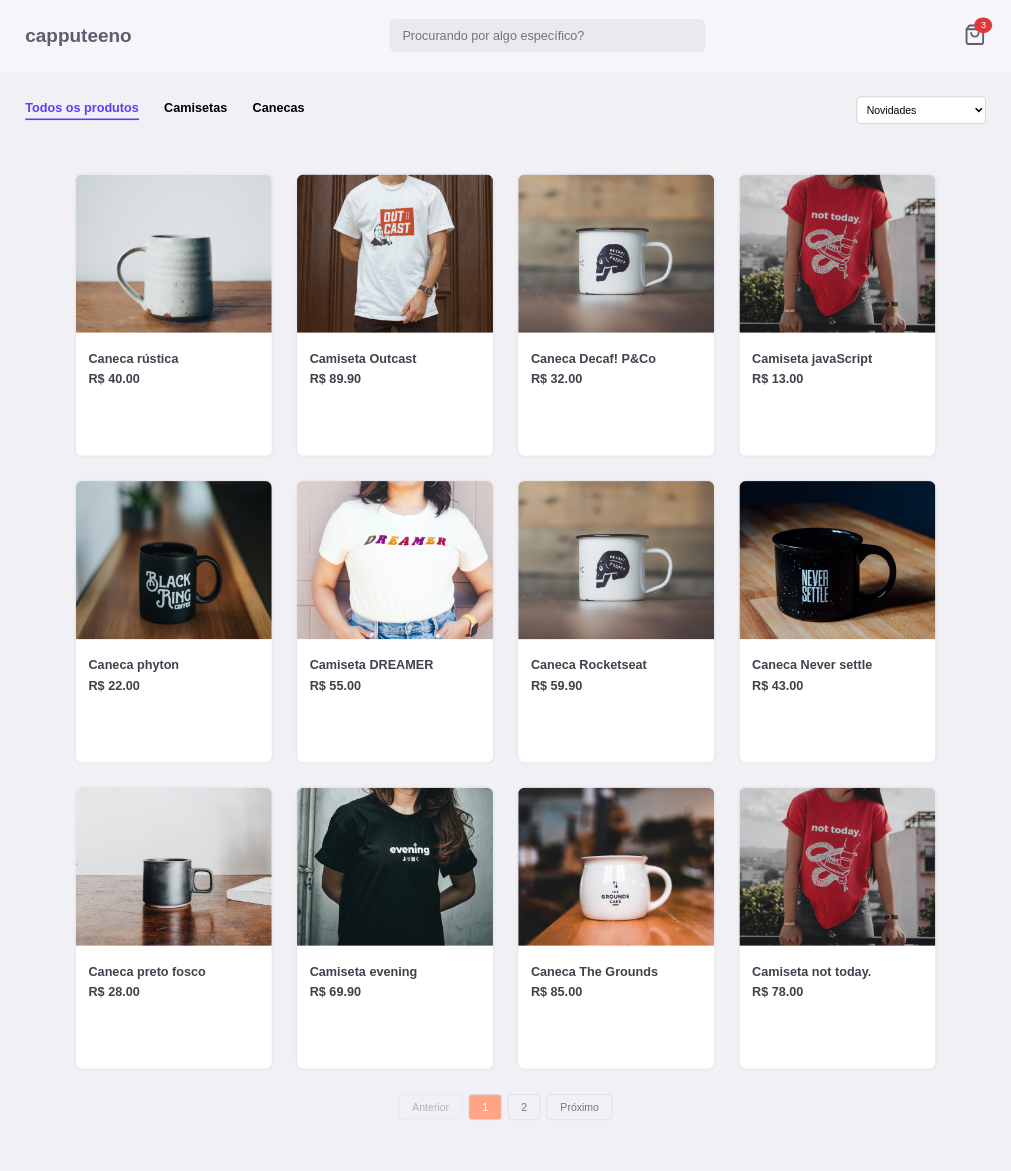
Repository: Biel-barbosa/capputeenoecomerce
Page: /
An editor plug-in stored every save of this project. The page is shown before and after the next save, followed by the edit.
The browser window is 1280 px wide. The pictures show the whole page, at 79% of full size.
The project was rebuilt for these pictures with package versions that can differ from the ones it lists, and the page was loaded fresh each time. The framework's server and built-in components were replaced by stand-ins that run in the browser. Also part of the build but not shown: next.config.ts.

Above is the page before, as saved 2025-04-23 12:05:46.

### src/app/page.tsx
'use client'
import { useState, useMemo } from 'react'
import styled from 'styled-components'
import Header from '../components/Header'
import { products as allProducts } from '../data/products'
import ProductsList from '@/components/ProductsList'

const Container = styled.main`
  padding: 2rem;
  background-color: #f0f0f5;
`

const FiltersWrapper = styled.div`
  display: flex;
  justify-content: space-between;
  align-items: center;
  flex-wrap: wrap;
  margin-bottom: 2rem;
`

const Categories = styled.div`
  display: flex;
  gap: 2rem;

  button {
    background: none;
    border: none;
    font-weight: 600;
    font-size: 1rem;
    cursor: pointer;
    border-bottom: 2px solid transparent;
    padding-bottom: 4px;
    transition: 0.2s;

    &.active {
      color: #5a3eff;
      border-color: #5a3eff;
    }
  }
`

const SortSelect = styled.select`
  background: #fff;
  padding: 0.5rem;
  border-radius: 6px;
  border: 1px solid #ccc;
`

const HomePage = () => {
  const [category, setCategory] = useState('all')
  const [searchTerm, setSearchTerm] = useState('')
  const [sortOption, setSortOption] = useState('newest')
  const [currentPage, setCurrentPage] = useState(1)

  const itemsPerPage = 12

  const filteredProducts = useMemo(() => {
    let products = allProducts.filter((product) => {
      const matchesCategory = category === 'all' || product.category === category
      const matchesSearch = product.title.toLowerCase().includes(searchTerm.toLowerCase())
      return matchesCategory && matchesSearch
    })

    if (sortOption === 'price-asc') {
      products = products.sort((a, b) => a.price - b.price)
    } else if (sortOption === 'price-desc') {
      products = products.sort((a, b) => b.price - a.price)
    } else if (sortOption === 'bestsellers') {
      products = products.sort((a, b) => b.sales - a.sales)
    } else {
      products = products.sort((a, b) => new Date(b.createdAt).getTime() - new Date(a.createdAt).getTime())
    }

    return products
  }, [category, searchTerm, sortOption])

  const totalPages = Math.ceil(filteredProducts.length / itemsPerPage)
  const paginatedProducts = filteredProducts.slice(
    (currentPage - 1) * itemsPerPage,
    currentPage * itemsPerPage
  )

  return (
    <>
      <Header onSearch={setSearchTerm} />
      <Container>
        <FiltersWrapper>
          <Categories>
            {['all', 't-shirts', 'mugs'].map((cat) => (
              <button
                key={cat}
                className={category === cat ? 'active' : ''}
                onClick={() => {
                  setCategory(cat)
                  setCurrentPage(1) // resetar página ao trocar filtro
                }}
              >
                {cat === 'all' ? 'Todos os produtos' : cat === 't-shirts' ? 'Camisetas' : 'Canecas'}
              </button>
            ))}
          </Categories>

          <SortSelect
            value={sortOption}
            onChange={(e) => {
              setSortOption(e.target.value)
              setCurrentPage(1) // resetar página ao mudar ordenação
            }}
          >
            <option value="newest">Novidades</option>
            <option value="price-desc">Preço: Maior - menor</option>
            <option value="price-asc">Preço: Menor - maior</option>
            <option value="bestsellers">Mais vendidos</option>
          </SortSelect>
        </FiltersWrapper>

        <ProductsList
          products={paginatedProducts}
          currentPage={currentPage}
          totalPages={totalPages}
          onPageChange={setCurrentPage}
        />
      </Container>
    </>
  )
}

export default HomePage

### src/components/Header.tsx
'use client';
import styled from 'styled-components';
import { FiShoppingBag } from 'react-icons/fi';

type HeaderProps = {
  onSearch?: (value: string) => void;
};

const HeaderContainer = styled.header`
  width: 100%;
  padding: 1.5rem 2rem;
  display: flex;
  align-items: center;
  justify-content: space-between;
  background-color: #f5f5fa;
  flex-wrap: wrap;
  gap: 1rem;
`;

const Logo = styled.h1`
  font-size: 1.5rem;
  font-weight: 600;
  color: #5d5d6d;
`;

const SearchInput = styled.input`
  flex: 1;
  max-width: 400px;
  margin: 0 2rem;
  padding: 0.75rem 1rem;
  border: none;
  border-radius: 8px;
  background: #e9e9f0;
  font-size: 1rem;
  color: #737380;

  &:focus {
    outline: 2px solid #115d8c;
  }

  @media (max-width: 768px) {
    margin: 0;
    width: 100%;
    order: 3;
  }
`;

const CartButton = styled.button`
  position: relative;
  background: none;
  border: none;
  cursor: pointer;

  svg {
    font-size: 1.75rem;
    color: #5d5d6d;
  }
`;

const CartCount = styled.span`
  position: absolute;
  top: -8px;
  right: -8px;
  background-color: #de3838;
  color: white;
  border-radius: 50%;
  font-size: 0.75rem;
  padding: 0.25rem 0.5rem;
  line-height: 1;
`;

const Header = ({ onSearch }: HeaderProps) => {
  const cartItemCount = 3; // Trocar por dados reais depois

  return (
    <HeaderContainer>
      <Logo>capputeeno</Logo>

      <SearchInput
        type="text"
        placeholder="Procurando por algo específico?"
        onChange={(e) => onSearch?.(e.target.value)}
      />

      <CartButton>
        <FiShoppingBag />
        <CartCount>{cartItemCount}</CartCount>
      </CartButton>
    </HeaderContainer>
  );
};

export default Header;

### src/data/products.ts
export type Product = {
    id: string;
    title: string;
    image: string;
    price: number;
    category: 't-shirts' | 'mugs';
    description: string;
    createdAt: Date;
    sales: number;
};

export const products: Product[] = [
    {
        id: '1',
        title: 'Camiseta not today.',
        image: '/images/Camiseta-not-today.jpg',
        price: 78.0,
        category: 't-shirts',
        description: 'Aqui vem um texto descritivo do produto, esta caixa de texto servirá apenas de exemplo para que simule algum texto que venha a ser inserido nesse campo, descrevendo tal produto.',
        createdAt: new Date('2024-03-01'),
        sales: 30,
    },
    {
        id: '2',
        title: 'Caneca rústica',
        image: '/images/Caneca-ceramica-rustica.jpg',
        price: 40.0,
        category: 'mugs',
        description: 'Aqui vem um texto descritivo do produto, esta caixa de texto servirá apenas de exemplo para que simule algum texto que venha a ser inserido nesse campo, descrevendo tal produto.',
        createdAt: new Date('2024-04-10'),
        sales: 80,
    },
    {
        id: '3',
        title: 'Camiseta Broken Saints',
        image: '/images/Camiseta-broken-saints.jpg',
        price: 58.0,
        category: 't-shirts',
        description: 'Aqui vem um texto descritivo do produto, esta caixa de texto servirá apenas de exemplo para que simule algum texto que venha a ser inserido nesse campo, descrevendo tal produto.',
        createdAt: new Date('2024-01-15'),
        sales: 45,
    },
    {
        id: '4',
        title: 'Caneca Black Ring',
        image: '/images/Caneca-Black-Ring.jpg',
        price: 32.0,
        category: 'mugs',
        description: 'Aqui vem um texto descritivo do produto, esta caixa de texto servirá apenas de exemplo para que simule algum texto que venha a ser inserido nesse campo, descrevendo tal produto.',
        createdAt: new Date('2024-02-20'),
        sales: 60,
    },
    {
        id: '5',
        title: 'Camiseta Outcast',
        image: '/images/Camiseta-outcast.jpg',
        price: 89.9,
        category: 't-shirts',
        description: 'Aqui vem um texto descritivo do produto, esta caixa de texto servirá apenas de exemplo para que simule algum texto que venha a ser inserido nesse campo, descrevendo tal produto.',
        createdAt: new Date('2024-04-05'),
        sales: 50,
    },
    {
        id: '6',
        title: 'Caneca The Grounds',
        image: '/images/Caneca-The-Grounds.jpg',
        price: 85.0,
        category: 'mugs',
        description: 'Aqui vem um texto descritivo do produto, esta caixa de texto servirá apenas de exemplo para que simule algum texto que venha a ser inserido nesse campo, descrevendo tal produto.',
        createdAt: new Date('2024-03-10'),
        sales: 75,
    },
    {
        id: '7',
        title: 'Camiseta evening',
        image: '/images/Camiseta-evening.jpg',
        price: 69.9,
        category: 't-shirts',
        description: 'Aqui vem um texto descritivo do produto, esta caixa de texto servirá apenas de exemplo para que simule algum texto que venha a ser inserido nesse campo, descrevendo tal produto.',
        createdAt: new Date('2024-03-11'),
        sales: 62,
    },
    {
        id: '8',
        title: 'Caneca preto fosco',
        image: '/images/Caneca-preto-fosco.jpg',
        price: 28.0,
        category: 'mugs',
        description: 'Aqui vem um texto descritivo do produto, esta caixa de texto servirá apenas de exemplo para que simule algum texto que venha a ser inserido nesse campo, descrevendo tal produto.',
        createdAt: new Date('2024-03-12'),
        sales: 58,
    },
    {
        id: '9',
        title: 'Caneca Never settle',
        image: '/images/Caneca-Never-settle.jpg',
        price: 43.0,
        category: 'mugs',
        description: 'Aqui vem um texto descritivo do produto, esta caixa de texto servirá apenas de exemplo para que simule algum texto que venha a ser inserido nesse campo, descrevendo tal produto.',
        createdAt: new Date('2024-03-13'),
        sales: 54,
    },
    {
        id: '10',
        title: 'Caneca Rocketseat',
        image: '/images/Caneca-Decaf!-P&Co.jpg',
        price: 59.9,
        category: 'mugs',
        description: 'Aqui vem um texto descritivo do produto, esta caixa de texto servirá apenas de exemplo para que simule algum texto que venha a ser inserido nesse campo, descrevendo tal produto.',
        createdAt: new Date('2024-03-14'),
        sales: 48,
    },
    {
        id: '11',
        title: 'Camiseta DREAMER',
        image: '/images/Camiseta-DREAMER.jpg',
        price: 55.0,
        category: 't-shirts',
        description: 'Aqui vem um texto descritivo do produto, esta caixa de texto servirá apenas de exemplo para que simule algum texto que venha a ser inserido nesse campo, descrevendo tal produto.',
        createdAt: new Date('2024-03-15'),
        sales: 52,
    },
    {
        id: '12',
        title: 'Caneca Decaf! P&Co',
        image: '/images/Caneca-Decaf!-P&Co.jpg',
        price: 32.0,
        category: 'mugs',
        description: 'Aqui vem um texto descritivo do produto, esta caixa de texto servirá apenas de exemplo para que simule algum texto que venha a ser inserido nesse campo, descrevendo tal produto.',
        createdAt: new Date('2024-03-16'),
        sales: 70,
    },
    {
        id: '13',
        title: 'Camiseta javaScript',
        image: '/images/Camiseta-not-today.jpg',
        price: 13.0,
        category: 't-shirts',
        description: 'Aqui vem um texto descritivo do produto, esta caixa de texto servirá apenas de exemplo para que simule algum texto que venha a ser inserido nesse campo, descrevendo tal produto.',
        createdAt: new Date('2024-03-16'),
        sales: 70,
    },
    {
        id: '14',
        title: 'Caneca phyton',
        image: '/images/Caneca-Black-Ring.jpg',
        price: 22.0,
        category: 'mugs',
        description: 'Aqui vem um texto descritivo do produto, esta caixa de texto servirá apenas de exemplo para que simule algum texto que venha a ser inserido nesse campo, descrevendo tal produto.',
        createdAt: new Date('2024-03-16'),
        sales: 70,
    },
];

export function getProductById(id: string) {
    return products.find((product) => product.id === id);
}

### src/components/ProductsList.tsx
'use client';
import styled from 'styled-components';
import { Product } from '@/data/products';

type Props = {
  products: Product[];
  currentPage: number;
  totalPages: number;
  onPageChange: (page: number) => void;
};

const Container = styled.main`
  flex: 1;
  background-color: #f0f0f5;
  padding: 2rem;
`;

const ProductsGrid = styled.div`
  display: grid;
  grid-template-columns: repeat(4, 248px);
  gap: 2rem;
  justify-content: center;

  @media (max-width: 1024px) {
    grid-template-columns: repeat(2, 1fr);
  }

  @media (max-width: 600px) {
    grid-template-columns: 1fr;
  }
`;

const ProductCard = styled.div`
  background-color: white;
  border-radius: 8px;
  width: 248px;
  height: 356px;
  box-shadow: 0 0 4px rgba(0, 0, 0, 0.1);
  display: flex;
  flex-direction: column;
  justify-content: space-between;
  overflow: hidden; /* Garante que a imagem não ultrapasse os limites do card */
`;

const ProductImage = styled.img`
  width: 100%;
  height: 200px; /* Ajuste a altura conforme necessário */
  object-fit: cover; /* Faz a imagem ocupar todo o espaço disponível */
`;

const ProductInfo = styled.div`
  padding: 1rem;
  display: flex;
  flex-direction: column;
  justify-content: start;
  height: 156px; /* O restante da altura do card após a imagem */
`;

const ProductTitle = styled.h3`
  font-size: 1rem;
  color: #41414d;
  margin: 0.5rem 0;
`;

const ProductPrice = styled.span`
  font-weight: bold;
  color: #41414D;
`;

const PaginationContainer = styled.div`
  display: flex;
  justify-content: center;
  margin-top: 2rem;
  gap: 0.5rem;
`;

const PageButton = styled.button<{ isActive: boolean }>`
  background: ${({ isActive }) => (isActive ? '#FFA585' : 'transparent')};
  border: 1px solid #dcdce5;
  color: ${({ isActive }) => (isActive ? '#fff' : '#737380')};
  padding: 0.5rem 1rem;
  border-radius: 4px;
  cursor: pointer;

  &:disabled {
    opacity: 0.5;
    cursor: not-allowed;
  }
`;

const ProductsList = ({ products, currentPage, totalPages, onPageChange }: Props) => {
  return (
    <Container>
      <ProductsGrid>
        {products.map((product) => (
          <ProductCard key={product.id}>
            <ProductImage src={product.image} alt={product.title} />
            <ProductInfo>
              <ProductTitle>{product.title}</ProductTitle>
              <ProductPrice>R$ {product.price.toFixed(2)}</ProductPrice>
            </ProductInfo>
          </ProductCard>
        ))}
      </ProductsGrid>

      <PaginationContainer>
        <PageButton onClick={() => onPageChange(currentPage - 1)} disabled={currentPage === 1} isActive={false}>
          Anterior
        </PageButton>

        {[...Array(totalPages)].map((_, index) => {
          const page = index + 1;
          return (
            <PageButton
              key={page}
              onClick={() => onPageChange(page)}
              isActive={currentPage === page}
            >
              {page}
            </PageButton>
          );
        })}

        <PageButton onClick={() => onPageChange(currentPage + 1)} disabled={currentPage === totalPages} isActive={false}>
          Próximo
        </PageButton>
      </PaginationContainer>
    </Container>
  );
};

export default ProductsList;

Loaded but not shown: src/app/layout.tsx (common file); src/app/globals.css (common file)

After the next save:
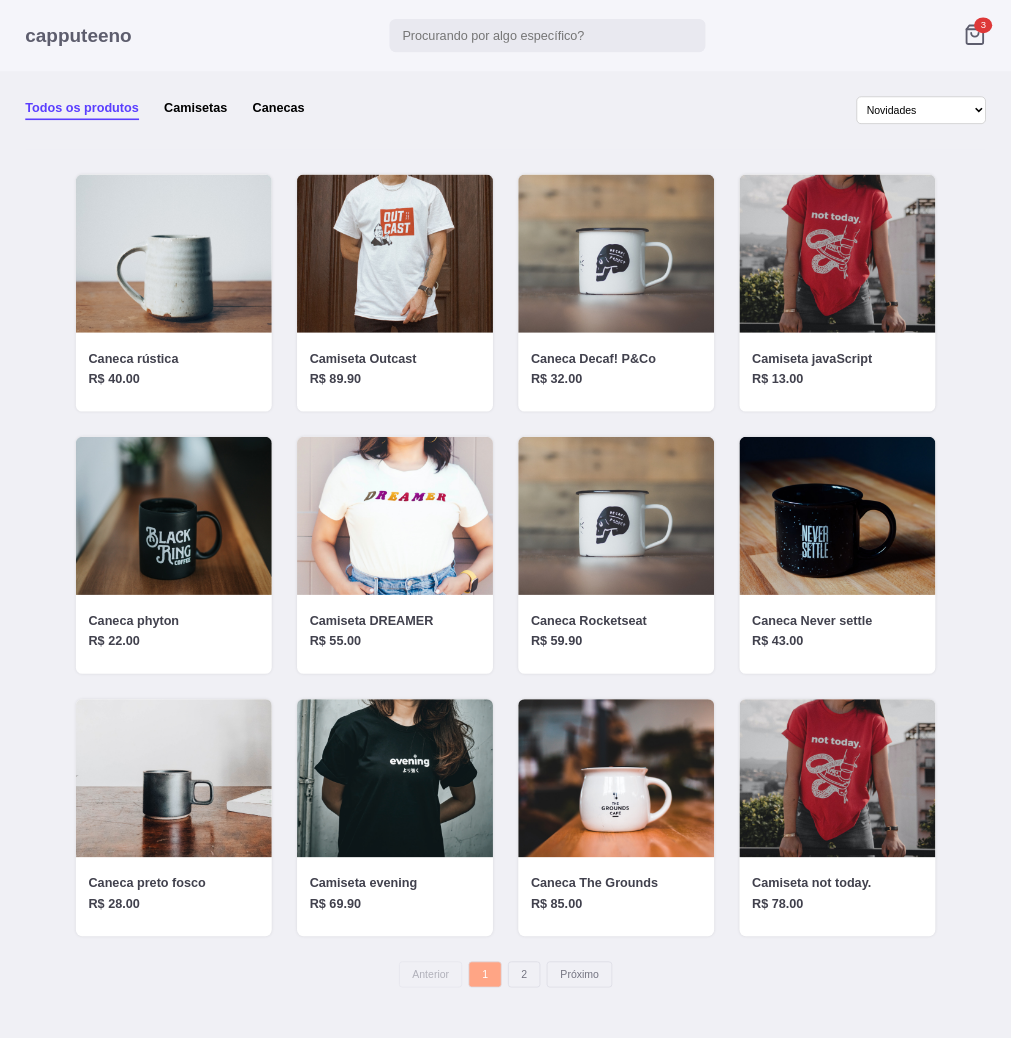
Saved 52 s later.
--- a/src/components/ProductsList.tsx
+++ b/src/components/ProductsList.tsx
@@ -34,7 +34,7 @@ const ProductCard = styled.div`
   background-color: white;
   border-radius: 8px;
   width: 248px;
-  height: 356px;
+  height: 300px;
   box-shadow: 0 0 4px rgba(0, 0, 0, 0.1);
   display: flex;
   flex-direction: column;
